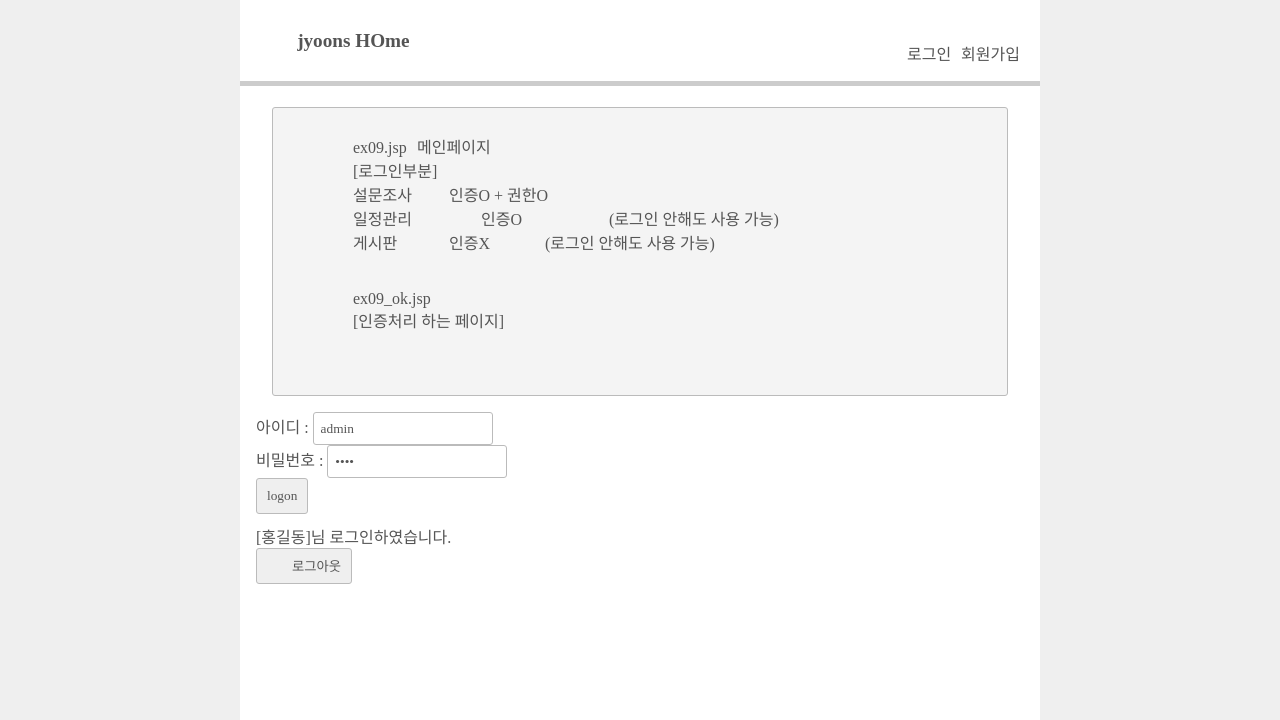
Repository: jyoons00/JSP-sample
Page: http://localhost/jspPro/days03/ex09.jsp
The author's editor kept a copy of each file at every save. The page is drawn from the files as they stood at one save, then again after the next save.
The browser window is 1280 px wide. The pictures show the whole page.
Some web fonts or font styles are not loaded; a fallback is used. The page is served by Tomcat 9. Other server files are loaded and not shown.

Above is the page before, as saved 2024-10-17 07:25:10.

### jspPro/src/main/webapp/days03/ex09.jsp
<%@ page contentType="text/html; charset=UTF-8" pageEncoding="UTF-8"%>
<!DOCTYPE html>
<html>
  <head>
    <meta charset="UTF-8" />
    <title>Insert title here</title>
    <link
      rel="shortcut icon"
      type="image/x-icon"
      href="http://localhost/jspPro/images/SiSt.ico"
    />
    <script src="https://ajax.googleapis.com/ajax/libs/jquery/3.7.1/jquery.min.js"></script>
    <meta name="viewport" content="width=device-width, initial-scale=1.0" />
    <link
      rel="stylesheet"
      href="http://localhost/jspPro/resources/cdn-main/example.css"
    />
    <script src="http://localhost/jspPro/resources/cdn-main/example.js"></script>
    <style>
      span.material-symbols-outlined {
        vertical-align: text-bottom;
      }
    </style>
  </head>
  <body>
    <header>
      <h1 class="main">
        <a href="#" style="position: absolute; top: 30px">jyoons HOme</a>
      </h1>
      <ul>
        <li><a href="#">로그인</a></li>
        <li><a href="#">회원가입</a></li>
      </ul>
    </header>
    <div>
      <xmp class="code">
   		ex09.jsp	메인페이지
   		[로그인부분]
   		설문조사		인증O + 권한O
   		일정관리 		인증O			(로그인 안해도 사용 가능)
   		게시판 		인증X		(로그인 안해도 사용 가능)


   		ex09_ok.jsp
   		[인증처리 하는 페이지]


  	  </xmp>

		 <div id="logon">
		     <form action="ex09_ok.jsp" method="get">
		      아이디 : <input type="text"  name="id"  value="admin"><br>
		      비밀번호 : <input type="password"  name="passwd"  value="1234"><br>
		      <input type="submit"  value="logon">
		     </form>
		  </div>

    </div>

    <div id="logout">
    	[홍길동]님 로그인하였습니다.<br>
    	<button>로그아웃</button>
    </div>

  </body>
</html>

### jspPro/src/main/webapp/resources/cdn-main/example.css
@charset "UTF-8";

@import url('https://fonts.googleapis.com/css2?family=Material+Symbols+Outlined:opsz,wght,FILL,GRAD@20..48,100..700,0..1,-50..200');

@font-face {
    font-family: 'GmarketSansMedium';
    src: url('https://cdn.jsdelivr.net/gh/projectnoonnu/noonfonts_2001@1.1/GmarketSansMedium.woff') format('woff');
    font-weight: normal;
    font-style: normal;
}

:root {
	--text-color: #555;
	--sub-text-color: #777;
	--back-color: #EFEFEF;
	--header-color: #444;
	--primary-color: #DEDEDE;
	--secondary-color: #EFEFEF;
	--default-width: 800px;
	--narrow-width: 500px;
	--wide-width: 1200px;
	--text-font: 'GmarketSansMedium';
	--icon-font: 'Material Symbols Outlined';
	--border-color: #CCC;
}

html, body {
	margin: 0;
	padding: 0;
}

html {
	background-color: var(--back-color);
	display: flex;
	justify-content: center;
	min-height: 100vh;
}

body, body.default {
	width: var(--default-width);
	background-color: white;
	padding-bottom: 120px;
}

body.wide {
	width: var(--wide-width);
}

body.narrow {
	width: var(--narrow-width);
}



body, p, div, span, a, input, select, option, textarea, button, table, th, td, label, fieldset, legend {
	font-family: var(--text-font);
	color: var(--text-color);
}

h1, h2, h3 {
	font-family: var(--text-font);
	color: var(--header-color);
	padding: 0 1rem;
	padding-top: .5rem;
}

div > h1, div > h2, div > h3 {
	padding: 0;
}

body > div, body > main > div {
	padding: 0.3rem 1rem;
}


h1 { font-size: 2rem; border-bottom: 1px solid var(--border-color); }
h1 small { font-size: 1.2rem; color: var(--sub-text-color); }
h2 { font-size: 1.5rem; border-bottom: 1px dashed var(--border-color); }
h2 small { font-size: 1.1rem; color: --sub-text-color; }
h3 { font-size: 1.2rem; }
h3 small { font-size: 1rem; color: --sub-text-color; }



h1.main::before {
	font-family: var(--icon-font);
  	content: '\e666';
  	margin-right: 10px;
  	float: left;
	font-size: 2.5rem;
}

h1.sub::before {
	font-family: var(--icon-font);
  	content: '\ea19';
  	margin-right: 10px;
  	float: left;
	font-size: 2.5rem;
}


h1.page::before {
	font-family: var(--icon-font);
  	content: '\e0e0';
  	margin-right: 10px;
  	float: left;
	font-size: 2.5rem;
}

body > header > ul > li > .active{
	background-color: #FFF;
	color:#F00;
}

body > header {
	display: flex;
	justify-content: space-between;
	border-bottom: 5px solid var(--border-color);
	min-height: 74px;
	background-color: #FFF;
}

body > header.sticky {
	position: sticky;
	top: 0;
	z-index: 98;
}

body > header > h1 {
	font-size: 1.2rem;
	border: 0;
}

body > header.in > h1::before {
	font-family: var(--icon-font);
  	content: '\e332‥';
  	margin-right: 3px;
  	float: left;
	font-size: 2rem;
}


body > header > ul {
	list-style-type: none;
	display: flex;
	align-items: flex-end;
	margin-right: 10px;
}

body > header > ul > li {
	margin-right: 10px;
	cursor: pointer;
}

body > header > ul > li > a {
	cursor: pointer;
}


form {
	display: block;
}

form > div {
	padding: 0.3rem 1rem;
}

div > form > div {
	padding: 0.3rem 0;
}

input, textarea, button, select {
	border: 1px solid #BBB;
	border-radius: 3px;
	outline: none;
	resize: none;
	padding: 7px;
	margin: 0;
}

input[type=text]:read-only, textarea:read-only {
	cursor: not-allowed;
	background-color: #FFF;
}

input[type=text]:disabled, textarea:disabled {
	cursor: not-allowed;
	background-color: #EEE;
}

input[type=text], input[type=password], textarea, button, select {
	/* width: 300px; */
}

textarea {
	display: block;
	height: 100px;
}

input[type=button], input[type=submit], button {
	/* width: inherit; */
}

input.short, textarea.short, button.short, select.short {
	width: 100px;
}

input.long, textarea.long, button.long, select.long {
	width: 350px;
}

.narrow input.long, .narrow textarea.long, .narrow button.long, .narrow select.long {
	width: calc(100% - 20px);
}

input.full, textarea.full, button.full, select.full {
	width: calc(100% - 20px);
}

textarea.short {
	height: 50px;
}

textarea.long {
	height: 100px;
}

textarea.full {
	height: 200px;
}

input, textarea {
	padding-top: 8px;
}

input[type=button], input[type=submit], button {
	padding: 5px 10px;
	background-color: var(--secondary-color);
	cursor: pointer;
	min-height: 36px;
}

input[type=button].primary, input[type=submit].primary, button.primary {
	/* background-color: rgba(100, 149, 237, .2); */
	background-color: var(--primary-color);
}

input[type=button].primary:hover, input[type=submit].primary:hover, button.primary:hover {
	/* background-color: rgba(100, 149, 237, .3); */
	background-color: var(--secondary-color);
}

input[type=button]:hover, input[type=submit]:hover, button:hover {
	background-color: var(--primary-color);
}

button {
	position: relative;
	left: 0;
	top: 0;
	padding-left: 35px;
}

button .material-symbols-outlined {
	position: absolute;
	left: 10px;
	top: 4px;
}

/* k2nik add */
button.login::before {
	font-family: var(--icon-font);
  	content: '\ea77';
	position: absolute;
	left: 11px;
	top: 4px;
	font-size: 1.25rem;
}

/* k2nik logout */
button.logout::before {
	font-family: var(--icon-font);
  	content: '\e9ba';
	position: absolute;
	left: 11px;
	top: 4px;
	font-size: 1.25rem;
}

/* k2nik help */
button.help::before {
	font-family: var(--icon-font);
  	content: '\f1c0';
	position: absolute;
	left: 11px;
	top: 4px;
	font-size: 1.25rem;
}

button.add::before{
	font-family: var(--icon-font);
  	content: '\e746';
	position: absolute;
	left: 11px;
	top: 4px;
	font-size: 1.25rem;
}

button.back::before {
	font-family: var(--icon-font);
  	content: '\e166';
	position: absolute;
	left: 11px;
	top: 4px;
	font-size: 1.25rem;
}

button.list::before {
	font-family: var(--icon-font);
  	content: '\e0ee';
	position: absolute;
	left: 11px;
	top: 4px;
	font-size: 1.25rem;
}


button.del::before {
	font-family: var(--icon-font);
  	content: '\e872';
	position: absolute;
	left: 11px;
	top: 4px;
	font-size: 1.25rem;
}


button.edit::before {
	font-family: var(--icon-font);
  	content: '\e745';
	position: absolute;
	left: 11px;
	top: 4px;
	font-size: 1.25rem;
}


button.login::before {
	font-family: var(--icon-font);
  	content: '\ea77';
	position: absolute;
	left: 11px;
	top: 4px;
	font-size: 1.25rem;
}


button.logout::before {
	font-family: var(--icon-font);
  	content: '\e9ba';
	position: absolute;
	left: 11px;
	top: 4px;
	font-size: 1.25rem;
}


button.in::before {
	font-family: var(--icon-font);
  	content: '\f71a';
	position: absolute;
	left: 11px;
	top: 4px;
	font-size: 1.25rem;
}


button.out::before {
	font-family: var(--icon-font);
  	content: '\f70e';
	position: absolute;
	left: 11px;
	top: 4px;
	font-size: 1.25rem;
}


button.reply::before {
	font-family: var(--icon-font);
  	content: '\e15e';
	position: absolute;
	left: 11px;
	top: 4px;
	font-size: 1.25rem;
}


button.comment::before {
	font-family: var(--icon-font);
  	content: '\e0b9';
	position: absolute;
	left: 11px;
	top: 4px;
	font-size: 1.25rem;
}


button.modal::before {
	font-family: var(--icon-font);
  	content: '\e89e';
	position: absolute;
	left: 11px;
	top: 4px;
	font-size: 1.25rem;
}


button.ok::before {
	font-family: var(--icon-font);
  	content: '\e86c';
	position: absolute;
	left: 11px;
	top: 4px;
	font-size: 1.25rem;
}


button.cancel::before {
	font-family: var(--icon-font);
  	content: '\e5c9';
	position: absolute;
	left: 11px;
	top: 4px;
	font-size: 1.25rem;
}

button.search::before {
	font-family: var(--icon-font);
  	content: '\e8b6';
	position: absolute;
	left: 11px;
	top: 4px;
	font-size: 1.25rem;
}

button.home::before {
	font-family: var(--icon-font);
  	content: '\e88a';
	position: absolute;
	left: 11px;
	top: 4px;
	font-size: 1.25rem;
}


button.sidebar::before {
	font-family: var(--icon-font);
  	content: '\f7e4';
	position: absolute;
	left: 11px;
	top: 4px;
	font-size: 1.25rem;
}


button.sidebar-right::before {
	font-family: var(--icon-font);
  	content: '\f7e5';
	position: absolute;
	left: 11px;
	top: 4px;
	font-size: 1.25rem;
}




button::before {
	font-family: var(--icon-font);
  	content: '\e323';
	position: absolute;
	left: 11px;
	top: 4px;
	font-size: 1.25rem;
}


table {
	border-collapse: collapse;
	margin: 1rem;
	box-sizing: border-box;
	width: calc(100% - 32px);
}

table.content {
	width: auto;
}

div > table {
	margin: 0;
}

table th, table td {
	border: 1px solid var(--border-color);
	padding: 7px;
	font-weight: normal;
}

table th {
	background-color: var(--back-color);
}

table.vertical th {
	width: 150px;
}

table.vertical td {
	width: calc(100% - 182px);
	padding-left: 10px;
}

table.content td, table.content th {
	width: auto;
}

body.narrow table.vertical th {
	width: 100px;
}

body.narrow table.vertical td {
	width: calc(100% - 182px);
}


table + table {
	margin-top: 30px;
}


p {
	padding: 0 1rem;
}

a {
	text-decoration: none;
}

a:hover {
	color: rgba(255, 99, 71, .7);
}

hr {
	border: 0;
	border-top: 1px solid var(--border-color);
	margin: 2rem 0;
}

.message {
	border: 1px solid var(--border-color);
	background-color: #EFEFEF;
	margin: 1rem;
	width: auto;
	padding-top: 10px;
	padding-bottom: 10px;
	font-size: 14px;
}

.message[title]::before {
	content: attr(title);
	display: block;
	border-bottom: 1px solid var(--border-color);
	padding-bottom: 5px;
	margin-bottom: 10px;
	margin-top: 7px;
}

.message.short {
	max-width: 250px;
}

.message.long {
	max-width: 500px;
}

.badge {
	float: right;
	font-size: .8rem;
	margin-top: 2px;
	margin-right: 2px;
	text-shadow: 0 0 7px gray;
}

.badge.left {
	float: none;
	margin-left: 2px;
}

.badge.right {
	float: right;
}

.badge.red {
	border-radius: 50%;
	padding: 2px 5px;
	background-color: rgb(255, 99, 71, .3);
}

.badge.yellow {

	border-radius: 50%;
	padding: 2px 5px;
	background-color: rgb(255, 215, 0, .5);
}

.badge.blue {
	border-radius: 50%;
	padding: 2px 5px;
	background-color: rgb(100, 149, 237, .3);
}

label + label {
	margin-left: 7px;
}

label input[type=checkbox], label input[type=radio] {
	transform: translate(0, 1px);
}

.group {
	display: flex;
}

.modal-content .group {
	margin-bottom: .5rem;
}

.group label {
	border: 1px solid #BBB;
	border-radius: 3px;
	outline: none;
	resize: none;
	padding: 7px 14px;
	margin: 0;
	border-top-right-radius: 0;
	border-bottom-right-radius: 0;
	background-color: #EFEFEF;
	white-space: nowrap;
	font-size: 14px;
}

.group input[type=text] {
	margin-left: -1px;
	border-top-left-radius: 0;
	border-bottom-left-radius: 0;
}

.group select {
	margin-left: -1px;
	border-top-left-radius: 0;
	border-bottom-left-radius: 0;
}

.group input.full[type=text] {
	margin-left: -1px;
	border-top-left-radius: 0;
	border-bottom-left-radius: 0;
	width: 100%;
}

.group input[type=button]:first-child, .group button:first-child {
	border-top-left-radius: 3px;
	border-bottom-left-radius: 3px;
	margin-left: 0px;
}

.group input[type=button], .group button {
	border-radius: 0;
	margin-left: -1px;
}

.group input[type=button]:last-child, .group button:last-child {
	margin-left: -1px;
	border-top-right-radius: 3px;
	border-bottom-right-radius: 3px;
}

.seperate {
	display: flex;
	justify-content: space-between;
}

div.list {
	width: max-content;
	margin: 1rem;
	border: 1px solid #BBB;
	border-radius: 3px;
	padding: 0;
}

div.list.full {
	width: auto;
	display: block;
	margin: 1rem;
	border: 1px solid #BBB;
	border-radius: 3px;
	padding: 0;
}

div.list > div {
	padding: .5rem 1rem;
	margin: 0;
	border-bottom: 1px solid #BBB;
}

div.list > div:last-child {
	border-bottom: 0;
}

pre.code , xmp.code{
	font-family: consols;
	background-color: rgba(150, 150, 150, .1);
	border: 1px solid #BBB;
	border-radius: 3px;
	padding: .5rem 1rem;
	padding-bottom: .6rem;
	margin: 1rem;
}




*[data-modal-window] {
	position: fixed;
	background-color: rgba(0, 0, 0, .3);
	left: 0;
	top: 0;
	display: none;
	justify-content: center;
	align-items: flex-start;
	width: 100%;
	min-height: 100vh;
	z-index: 100;
	opacity: 0;
	transition: 500ms all;
}

*[data-modal-window] .modal-container {
	border-radius: 5px;
	padding: 1rem;
	padding-bottom: .5rem;
	margin-top: -500px;
	opacity: 0;
	width: 500px;
	background-color: #FFF;
	margin-right: 2rem;
	transition: 500ms all;
}

*[data-modal-size=content] .modal-container {
	width: auto;
}

*[data-modal-size=narrow] .modal-container {
	width: 300px;
}

*[data-modal-size=wide] .modal-container {
	width: 760px;
}


*[data-modal-window] .modal-header {
	border-bottom: 1px solid var(--border-color);
	padding: 2px 5px;
}

*[data-modal-window] .modal-content {
	padding: 1rem 5px;
}

*[data-modal-window] .modal-content div:last-child {
	margin-top: 1rem;
	text-align: right;
}



*[data-sidebar-window] {
	position: fixed;
	background-color: #FFF;
	left: 0;
	top: 0;
	display: block;
	width: 300px;
	border-right: 1px solid var(--border-color);
	box-sizing: border-box;
	box-shadow: 0 0 3px var(--back-color);
	min-height: 100vh;
	z-index: 99;
	transform: translate(-300px, 0);
	transition-duration: 500ms;
	transition-property: transform;
}

*[data-sidebar-direction=right] {
	left: auto;
	right: 0;
	transform: translate(300px, 0);
	border-left: 1px solid var(--border-color);
}

*[data-sidebar-size=wide] {
	width: 500px;
	transform: translate(-500px, 0);
}

*[data-sidebar-window] .sidebar-title {
	border-bottom: 1px solid var(--border-color);
	margin-top: 20px;
	margin-bottom: 20px;
	padding-bottom: 5px;
	display: flex;
	justify-content: space-between;
}

*[data-sidebar-window] .sidebar-title span:last-child {
	cursor: pointer;
}


/* K2Nik pagination */
.center {
  text-align: center;
}

.pagination {
  display: inline-block;
}

.pagination a {
  color: black;
  float: left;
  padding: 3px 6px;
  text-decoration: none;
  transition: background-color .3s;
  border: 1px solid #ddd;
  margin: 0 3px;
}

.pagination a.active {
  background-color: #4CAF50;
  color: white;
  border: 1px solid #4CAF50;
}

.pagination a:hover:not(.active) {background-color: #ddd;}

### jspPro/src/main/webapp/resources/cdn-main/example.js

window.onload = () => {

    const list = document.querySelectorAll('input, textarea');

    list.forEach(item => {
        item.setAttribute('autocomplete', 'off');
    });


    const modal_btn_list = document.querySelectorAll('*[data-modal-button]');

    modal_btn_list.forEach(item => {
        item.onclick = function() {

            const name = this.dataset['modalButton'];
            const modal_window = document.querySelector('*[data-modal-window=' + name);

            const container = document.createElement('div');
            container.className = 'modal-container';



            const modal_header = document.createElement('div');
            modal_header.textContent = modal_window.dataset['modalTitle'];
            modal_header.className = 'modal-header';
            container.appendChild(modal_header);

            const modal_content = document.createElement('div');
            modal_content.className = 'modal-content';
            container.appendChild(modal_content);

            Array.from(modal_window.childNodes).forEach(item => {
                modal_content.appendChild(item);
            });

            modal_window.appendChild(container);

            modal_window.style.display = 'flex';

            setTimeout(() => {
                modal_window.style.opacity = 1;
                container.style.marginTop = '20px';
                container.style.opacity = 1;
            }, 50);


            const modal_ok = document.querySelector('*[data-modal-ok=' + name);
            modal_ok.addEventListener('click', function() {
                modal_window.style.opacity = 0;
                container.style.marginTop = '-500px';
                container.style.opacity = 0;

                setTimeout(() => {
                    modal_window.innerHTML = modal_content.innerHTML;
                    modal_window.style.display = 'none';
                }, 500);

            });

            const modal_cancel = document.querySelector('*[data-modal-cancel=' + name);
            modal_cancel.addEventListener('click', function() {

                modal_window.style.opacity = 0;
                container.style.marginTop = '-500px';
                container.style.opacity = 0;

                setTimeout(() => {
                    modal_window.innerHTML = modal_content.innerHTML;
                    modal_window.style.display = 'none';
                }, 500);
            });


        };
    });


    const sidebar_btn_list = document.querySelectorAll('*[data-sidebar-button]');

    sidebar_btn_list.forEach(item => {
        item.onclick = function() {



            const name = this.dataset['sidebarButton'];
            const sidebar_window = document.querySelector('*[data-sidebar-window=' + name);

            if (sidebar_window.style.transform == 'translate(0px, 0px)') return;



            sidebar_window.style.transform = 'translate(0, 0)';

            const sidebar_title = document.createElement('div');
            sidebar_title.className = 'sidebar-title';
            sidebar_title.innerHTML = '<span>' + sidebar_window.dataset['sidebarTitle'] + '</span><span class="material-symbols-outlined">close</span>';

            sidebar_title.children[1].onclick = function() {

                let sign = 1;
                let distance = 300;

                if (sidebar_window.dataset['sidebarDirection'] != 'right') {
                    sign = -1;
                } else {
                    sign = 1;
                }

                if (sidebar_window.dataset['sidebarSize'] != 'wide') {
                    distance = 300;
                } else {
                    distance = 500;
                }

                distance *= sign;

                sidebar_window.style.transform = 'translate(' + distance + 'px, 0)';

                setTimeout(function() {
                    sidebar_window.removeChild(sidebar_window.children[0]);
                }, 500);
            };


            sidebar_window.prepend(sidebar_title);

        }
    });

};

// window.onkeydown = function(event) {

//     if (event.keyCode == 27) {
//         if (document.querySelector('[data-modal-window').style.display == 'flex') {
//             document.querySelector('[data-modal-window').style.display = 'none';
//         }
//     }

// };

After the next save:
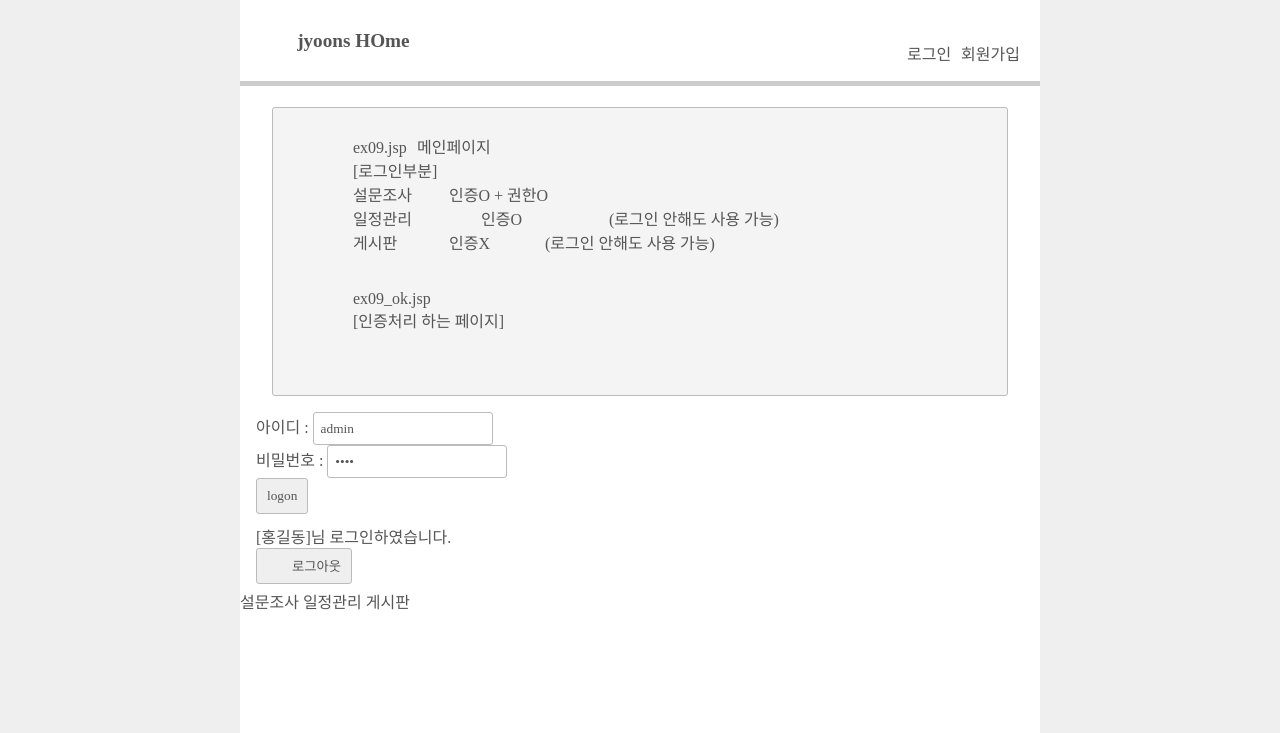
Saved 37 s later.
--- a/jspPro/src/main/webapp/days03/ex09.jsp
+++ b/jspPro/src/main/webapp/days03/ex09.jsp
@@ -62,5 +62,10 @@
     	<button>로그아웃</button>
     </div>
 
+    <a href="#">설문조사</a>
+    <a href="#">일정관리</a>
+
+    <a href="#">게시판</a>
+
   </body>
 </html>
